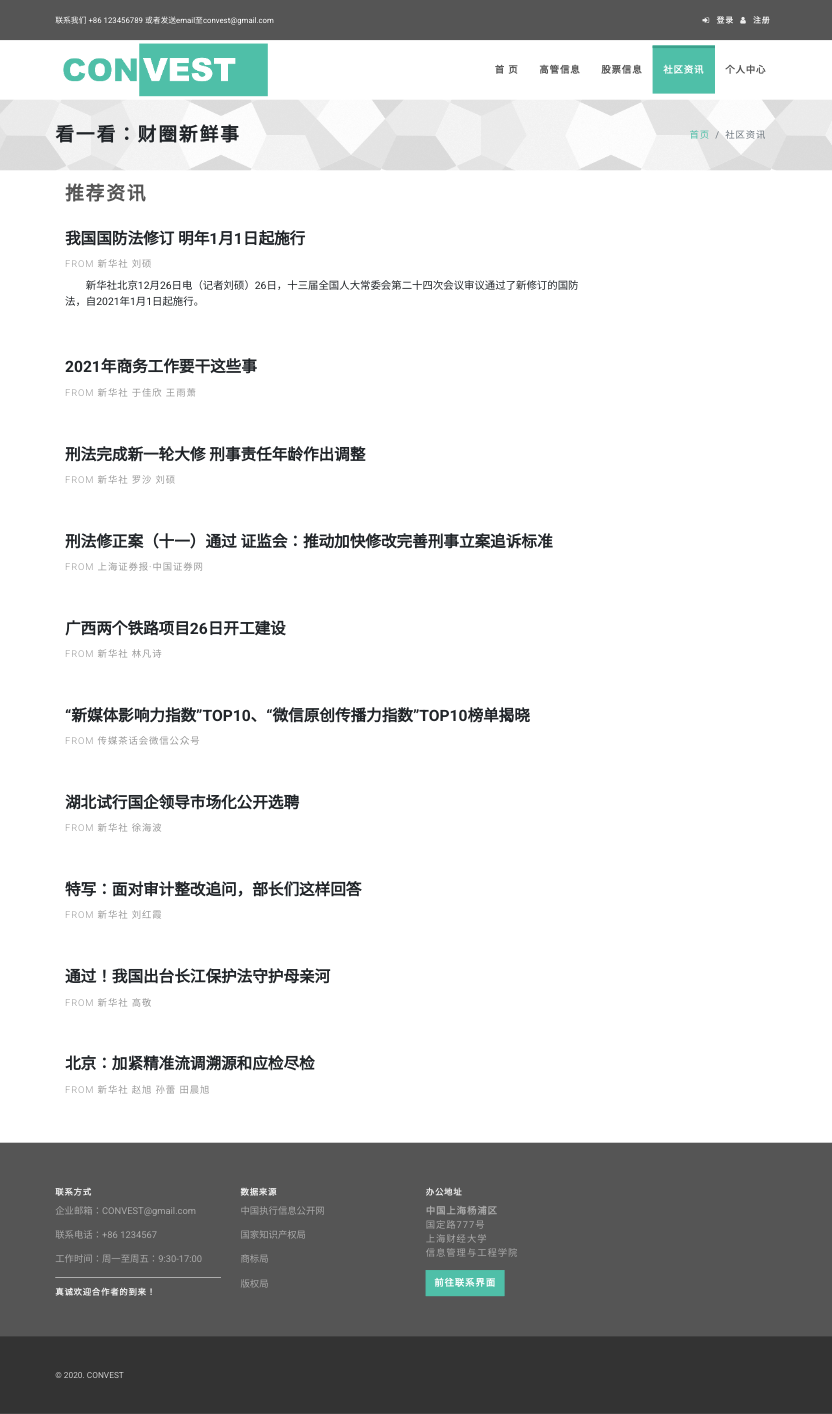
Repository: SUFELYZ/CONVEST
Page: http://localhost/CONVEST/社区资讯.jsp
The author's editor kept a copy of each file at every save. The page is drawn from the files as they stood at one save, then again after the next save.
The browser window is 1280 px wide. The pictures show the whole page, at 65% of full size.
The page is served by Tomcat 9.

Above is the page before, as saved 2021-01-05 16:07:17.

After the next save:
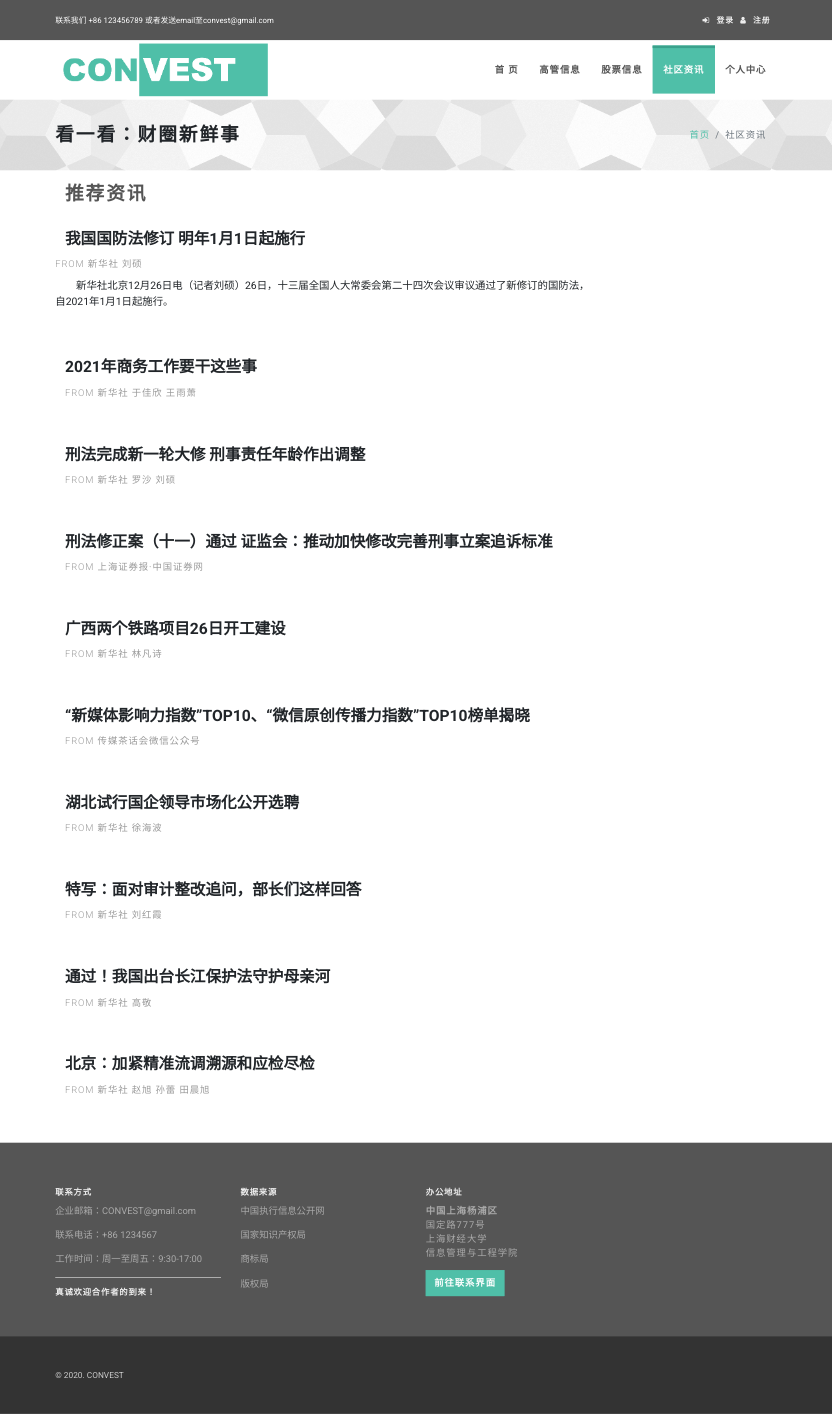
Saved 36 s later.
--- a/CONVEST 1.0/CONVEST/WebContent/社区资讯.jsp
+++ b/CONVEST 1.0/CONVEST/WebContent/社区资讯.jsp
@@ -161,7 +161,7 @@
                    <div class="post" id="qeone">
                       <h3><a id="title1">我国国防法修订 明年1月1日起施行</a></h3>
                        <div class="row">
-                          <div class="col-sm-12">
+                          <div class="col-sm-16">
                               <p class="author-category">From <a id="name1">新华社 刘硕</a></p>
                               <p class="hello">　　新华社北京12月26日电（记者刘硕）26日，十三届全国人大常委会第二十四次会议审议通过了新修订的国防法，自2021年1月1日起施行。
                           </div>

After the save that followed:
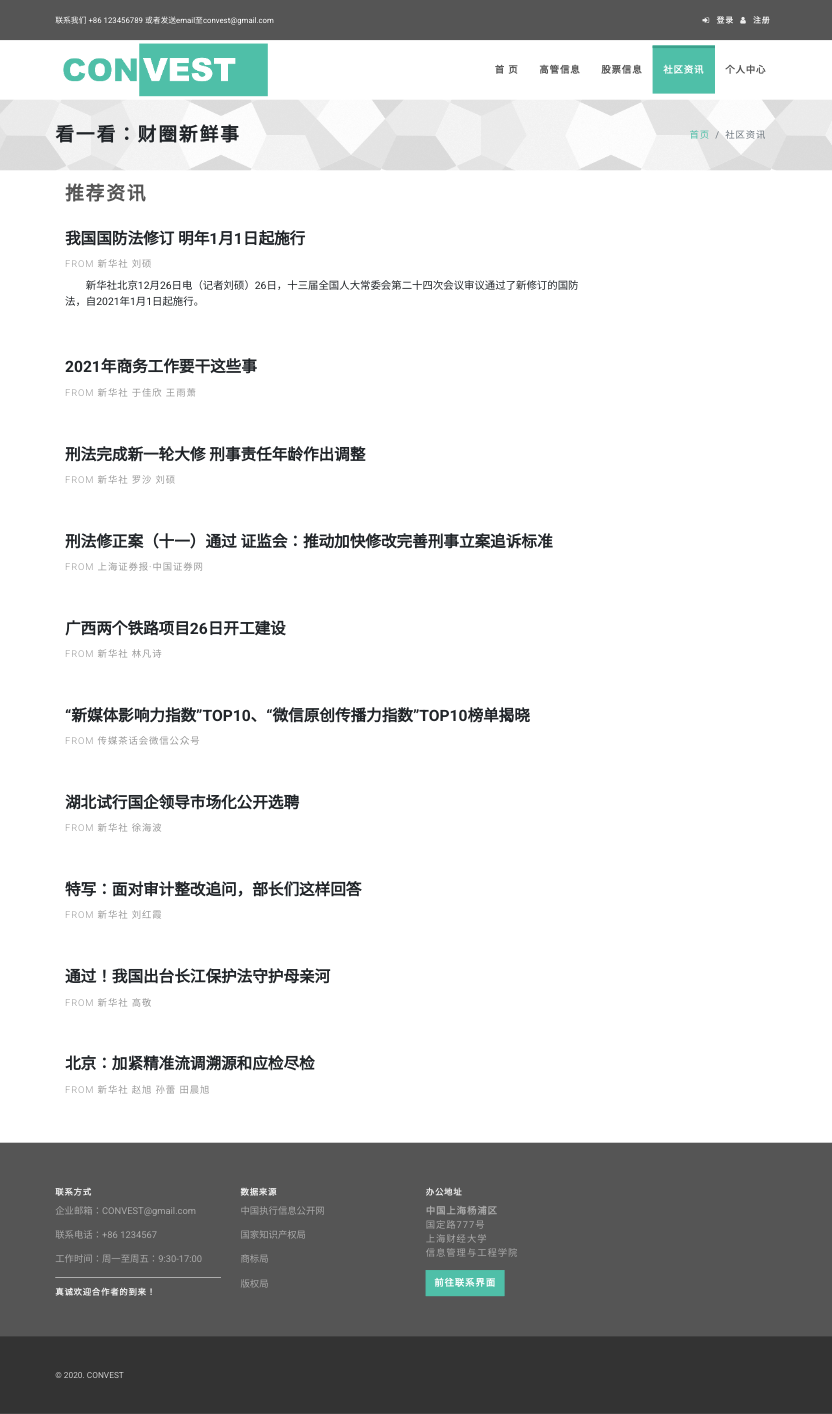
Saved 14 s later.
--- a/CONVEST 1.0/CONVEST/WebContent/社区资讯.jsp
+++ b/CONVEST 1.0/CONVEST/WebContent/社区资讯.jsp
@@ -161,7 +161,7 @@
                    <div class="post" id="qeone">
                       <h3><a id="title1">我国国防法修订 明年1月1日起施行</a></h3>
                        <div class="row">
-                          <div class="col-sm-16">
+                          <div class="col-sm-12">
                               <p class="author-category">From <a id="name1">新华社 刘硕</a></p>
                               <p class="hello">　　新华社北京12月26日电（记者刘硕）26日，十三届全国人大常委会第二十四次会议审议通过了新修订的国防法，自2021年1月1日起施行。
                           </div>
